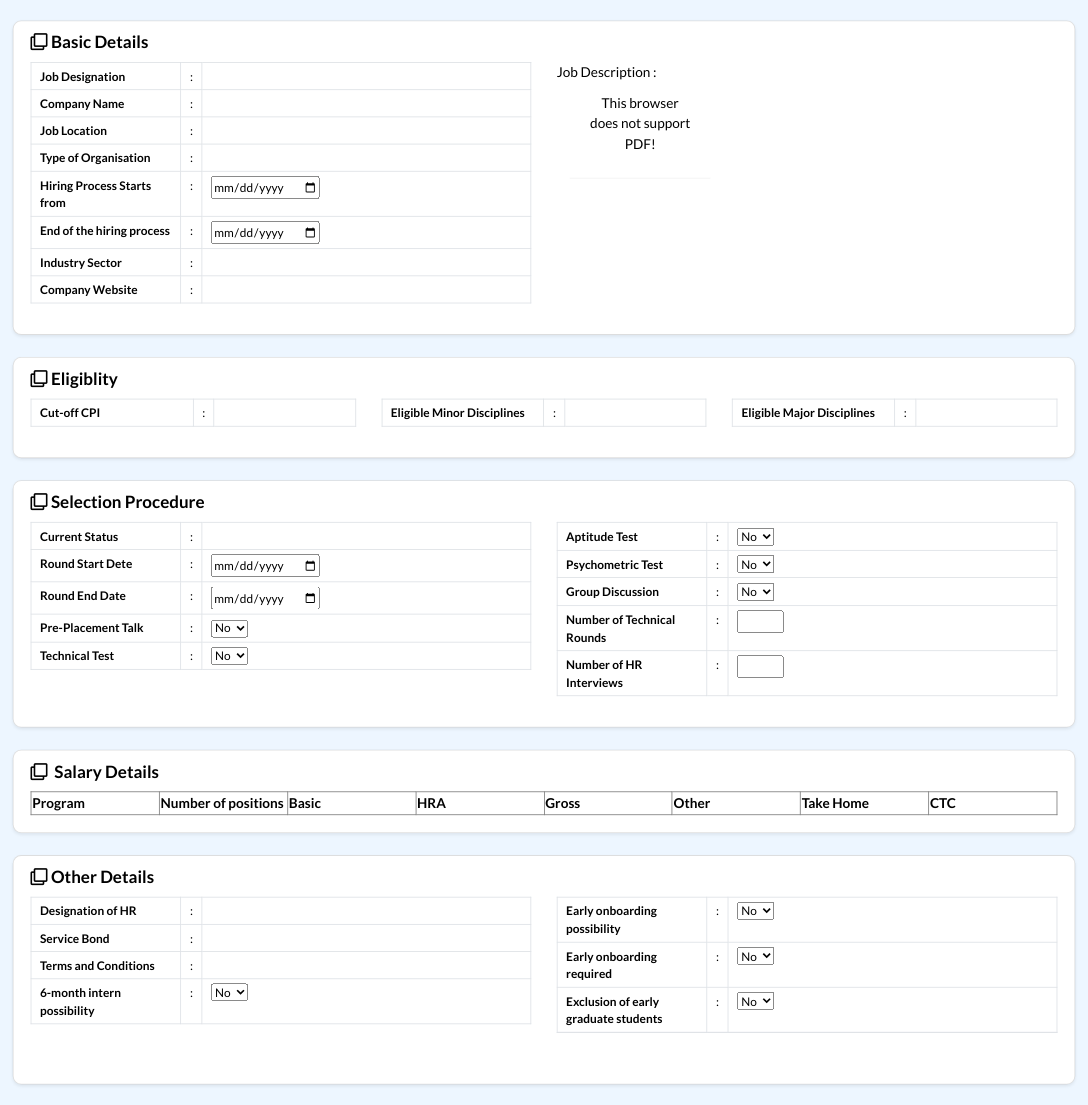
Repository: AditiDey29/Placement_Management_System
Page: templates/dashboard/one_job_details.html
An editor plug-in stored every save of this project. The page is shown before and after a run of saves, followed by the edit.
The browser window is 1280 px wide. The pictures show the whole page, at 85% of full size.
Some web libraries are served in a nearby version. The template is drawn by Flask 3. The application's start-up code is not run. Other server files are loaded and not shown. The template is opened directly, without the code that normally fills it, so the values that code supplies are empty.

Above is the page before, as saved 2023-04-15 18:03:22.

### templates/dashboard/one_job_details.html
<!DOCTYPE html>
<html lang="en">

<head>
  <meta charset="UTF-8">
  <meta name="viewport" content="width=device-width, initial-scale=1.0">
  <meta http-equiv="X-UA-Compatible" content="ie=edge">
  <!-- Google Fonts -->
  <link href="https://fonts.googleapis.com/css?family=Lato:300,400,700,900&display=swap" rel="stylesheet">
  <!-- Bootstrap CSS -->
  <link rel='stylesheet' href='https://cdnjs.cloudflare.com/ajax/libs/twitter-bootstrap/4.1.3/css/bootstrap.min.css'>
  <!-- Font Awesome CSS -->
  <link rel='stylesheet' href='https://cdnjs.cloudflare.com/ajax/libs/font-awesome/5.12.1/css/all.min.css'>
  <title>Job Details</title>

  <style>
    body {
      background: #EDF6FF;
      /* fallback for old browsers */
      background: -webkit-linear-gradient(to right, #EDF6FF, #EDF6FF);
      /* Chrome 10-25, Safari 5.1-6 */
      background: linear-gradient(to right, #EDF6FF, #EDF6FF);
      /* W3C, IE 10+/ Edge, Firefox 16+, Chrome 26+, Opera 12+, Safari 7+ */
      padding: 0;
      margin: 0;
      font-family: 'Lato', sans-serif;
      color: #000;

    }

    .student-profile .card {
      border-radius: 10px;
    }

    .student-profile .card .card-header .profile_img {
      width: 150px;
      height: 150px;
      object-fit: cover;
      margin: 10px auto;
      border: 10px solid #ccc;
      border-radius: 50%;
    }

    .student-profile .card h3 {
      font-size: 20px;
      font-weight: 700;
    }

    .student-profile .card p {
      font-size: 16px;
      color: #000;
    }

    .student-profile .table th,
    .student-profile .table td {
      font-size: 14px;
      padding: 5px 10px;
      color: #000;
    }
  </style>
</head>

<body>
  <!-- START HERE -->

  <div class="student-profile py-4">
    <div class="container-fluid">
      <div class="row">

        <div class="col-lg-12">
          <div class="card shadow-sm">
            <div class="card-header bg-transparent border-0">
              <h3 class="mb-0"><i class="far fa-clone pr-1"></i>Basic Details</h3>
            </div>
            <div class="card-body person_details pt-0">
              <div class="row">
                <div class="col-lg-6">
                  <table class="table table-bordered">
                    <tr>
                      <th width="30%">Job Designation</th>
                      <td width="2%">:</td>
                      <td class="text-muted mb-0">{{job[1]}}</td>
                    </tr>
                    <tr>
                      <th width="30%">Company Name</th>
                      <td width="2%">:</td>
                      <td class="text-muted mb-0">{{company[3]}}</td>
                    </tr>
                    <tr>
                      <th width="30%">Job Location</th>
                      <td width="2%">:</td>
                      <td class="text-muted mb-0">{{job[3]}}</td>
                    </tr>
                    <tr>
                      <th width="30%">Type of Organisation</th>
                      <td width="2%">:</td>
                      <td class="text-muted mb-0">{{company[5]}}</td>
                    </tr>
                    <tr>
                      <th width="30%">Hiring Process Starts from</th>
                      <td width="2%">:</td>
                      <td class="text-muted mb-0"><input type="date" id="intern-date" name="intern-date">
                      </td>
                    </tr>
                    <tr>
                      <th width="30%">End of the hiring process</th>
                      <td width="2%">:</td>
                      <td class="text-muted mb-0"><input type="date" id="intern-date" name="intern-date">
                      </td>
                    </tr>
                    <tr>
                      <th width="30%">Industry Sector</th>
                      <td width="2%">:</td>
                      <td class="text-muted mb-0">{{company[6]}}</td>
                    </tr>
                    <tr>
                      <th width="30%">Company Website</th>
                      <td width="2%">:</td>
                      <td class="text-muted mb-0">{{company[4]}}</td>
                    </tr>
                  </table>
                </div>
                <div class="col-lg-6">

                      <th width="30%">Job Description</th>
                      <td width="2%">:</td>
                      <td class="text-muted mb-0">
                        <div class="col-lg-4">
                          <!-- <div class="card shadow-sm"> -->
                              <div class="card-header bg-transparent text-center">
                                  <object
                                  data='data:application/pdf;base64, {{jd}}'
                                  type="application/pdf"
                                  width="300"
                                  height="300"
                                >
                                  <p>This browser does not support PDF!</p>
                                  </iframe>
                                </object>
                              </div>
                          <!-- </div> -->
                        </div>
                      </td>
                    </tr>

                  </table>
                </div>
              </div>
            </div>
          </div>

          <div style="height: 26px"></div>
          <div class="card shadow-sm">
            <div class="card-header bg-transparent border-0">
              <h3 class="mb-0"><i class="far fa-clone pr-1"></i>Eligiblity</h3>
            </div>
            <div class="card-body ed_details pt-0">
              <div class="row">
                <div class="col-lg-4">
                  <table class="table table-bordered">
                    <tr>
                      <th width="50%">Cut-off CPI</th>
                      <td width="2%">:</td>
                      <td class="text-muted mb-0">{{job[4]}}</td>
                    </tr>
                  </table>
                </div>
                <div class="col-lg-4">
                  <table class="table table-bordered">
                    <tr>
                      <th width="50%">Eligible Minor Disciplines</th>
                      <td width="2%">:</td>
                      <td class="text-muted mb-0">{{job[15]}}</td>
                    </tr>
                  </table>
                </div>
                <div class="col-lg-4">
                  <table class="table table-bordered">
                    <tr>
                      <th width="50%">Eligible Major Disciplines</th>
                      <td width="2%">:</td>
                      <td class="text-muted mb-0">{{job[17]}}</td>
                    </tr>
                  </table>
                </div>
              </div>
            </div>
          </div>

          <div style="height: 26px"></div>
          <div class="card shadow-sm">
            <div class="card-header bg-transparent border-0">
              <h3 class="mb-0"><i class="far fa-clone pr-1"></i>Selection Procedure</h3>
            </div>
            <div class="card-body person_details pt-0">
              <div class="row">
                <div class="col-lg-6">
                  <table class="table table-bordered">
                    <tr>
                      <th width="30%">Current Status</th>
                      <td width="2%">:</td>
                      <td class="text-muted mb-0">{{job[1]}}</td>
                    </tr>
                    <tr>
                      <th width="30%">Round Start Dete</th>
                      <td width="2%">:</td>
                      <td class="text-muted mb-0"><input type="date" id="intern-date" name="intern-date">
                      </td>
                    </tr>
                    <tr>
                      <th width="30%">Round End Date</th>
                      <td width="2%">:</td>
                      <td class="text-muted mb-0"><input type="date" id="intern-date" name="intern-date">
                      </td>
                    </tr>
                    <tr>
                      <th width="30%">Pre-Placement Talk</th>
                      <td width="2%">:</td>
                      <td class="text-muted mb-0"><select name="internship_possibility">
                        <option value="yes">Yes</option>
                        <option value="no" selected>No</option>
                      </select>
                    </td>
                    </tr>
                    <tr>
                      <th width="30%">Technical Test</th>
                      <td width="2%">:</td>
                      <td class="text-muted mb-0"><select name="internship_possibility">
                        <option value="yes">Yes</option>
                        <option value="no" selected>No</option>
                      </select>
                    </td>
                    </tr>
                  </table>

                </div>
                <div class="col-lg-6">
                  <table class="table table-bordered">
                    <tr>
                      <th width="30%">Aptitude Test</th>
                      <td width="2%">:</td>
                      <td class="text-muted mb-0"><select name="internship_possibility">
                        <option value="yes">Yes</option>
                        <option value="no" selected>No</option>
                      </select>
                    </td>
                    </tr>
                    <tr>
                      <th width="30%">Psychometric Test</th>
                      <td width="2%">:</td>
                      <td class="text-muted mb-0"><select name="internship_possibility">
                        <option value="yes">Yes</option>
                        <option value="no" selected>No</option>
                      </select>
                    </td>
                    </tr>
                    <tr>
                      <th width="30%">Group Discussion</th>
                      <td width="2%">:</td>
                      <td class="text-muted mb-0"><select name="internship_possibility">
                        <option value="yes">Yes</option>
                        <option value="no" selected>No</option>
                      </select>
                    </td>
                    </tr>
                    <tr>
                      <th width="30%">Number of Technical Rounds</th>
                      <td width="2%">:</td>
                      <td class="text-muted mb-0"><input type="number" name="Number" min="0" max="100" step="1" value="Number"></td>
                    </tr>
                    <tr>
                      <th width="30%">Number of HR Interviews</th>
                      <td width="2%">:</td>
                      <td class="text-muted mb-0"><input type="number" name="Number" min="0" max="100" step="1" value="Number"></td>
                    </tr>
                  </table>
                </div>
              </div>
            </div>
          </div>


          <div style="height: 26px"></div>
          <div class="card shadow-sm">
            <div class="card-header bg-transparent border-0">
              <h3 class="mb-0"><i class="far fa-clone pr-1"></i> Salary Details</h3>
            </div>
            <div class="card-body ed_details pt-0">
              <div class="row">
                <div class="col-lg-12">
                  <table border="1" width="100%" style="table-layout: fixed;">
                    <tr>
                      <th>Program</th>
                      <th>Number of positions</th>
                      <th>Basic</th>
                      <th>HRA</th>
                      <th>Gross</th>
                      <th>Other</th>
                      <th>Take Home</th>
                      <th>CTC</th>

                    </tr>
                    {% for detail in details %}
                    <tr>
                      <td>{{detail[8]}}</td>
                      <td>{{detail[1]}}</td>
                      <td>{{detail[2]}}</td>
                      <td>{{detail[3]}}</td>
                      <td>{{detail[4]}}</td>
                      <td>{{detail[5]}}</td>
                      <td>{{detail[6]}}</td>
                      <td>{{detail[7]}}</td>
                    </tr>
                    {% endfor %}
                  </table>
                </div>
              </div>
            </div>
          </div>
        </div>
      </div>

      <div style="height: 26px"></div>
      <div class="card shadow-sm">
        <div class="card-header bg-transparent border-0">
          <h3 class="mb-0"><i class="far fa-clone pr-1"></i>Other Details</h3>
        </div>
        <div class="card-body person_details pt-0">
          <div class="row">
            <div class="col-lg-6">
              <table class="table table-bordered">
                <tr>
                  <th width="30%">Designation of HR</HR>
                  </th>
                  <td width="2%">:</td>
                  <td class="text-muted mb-0">{{job[1]}}</td>
                </tr>
                <tr>
                  <th width="30%">Service Bond</th>
                  <td width="2%">:</td>
                  <td class="text-muted mb-0">{{company[3]}}</td>
                </tr>
                <tr>
                  <th width="30%">Terms and Conditions</th>
                  <td width="2%">:</td>
                  <td class="text-muted mb-0">{{company[5]}}</td>
                </tr>
                <tr>
                  <th width="30%">6-month intern possibility</th>
                  <td width="2%">:</td>
                  <td class="text-muted mb-0"><select name="internship_possibility">
                    <option value="yes">Yes</option>
                    <option value="no" selected>No</option>
                  </select>
                </td>
                </tr>

              </table>
            </div>
            <div class="col-lg-6">
              <table class="table table-bordered">
                <tr>
                  <th width="30%">Early onboarding possibility</th>
                  <td width="2%">:</td>
                  <td class="text-muted mb-0"><select name="internship_possibility">
                    <option value="yes">Yes</option>
                    <option value="no" selected>No</option>
                  </select>
                </td>
                </tr>
                <tr>
                  <th width="30%">Early onboarding required</th>
                  <td width="2%">:</td>
                  <td class="text-muted mb-0"><select name="internship_possibility">
                    <option value="yes">Yes</option>
                    <option value="no" selected>No</option>
                  </select>
                </td>
                </tr>
                <tr>
                  <th width="30%">Exclusion of early graduate students</th>
                  <td width="2%">:</td>
                  <td class="text-muted mb-0"><select name="internship_possibility">
                    <option value="yes">Yes</option>
                    <option value="no" selected>No</option>
                  </select>
                </td>
                </tr>
                <tr>
              </table>

              <br>
              {%if (apply)%}
              <form method="POST">
                  <button class="btn btn-lg" type="submit">Apply</button>
              </form>
              {% endif %}
            </div>
          </div>
        </div>
      </div>


    </div>
  </div>





  <script src="http://code.jquery.com/jquery-3.3.1.min.js"
    integrity="sha256-FgpCb/KJQlLNfOu91ta32o/NMZxltwRo8QtmkMRdAu8=" crossorigin="anonymous"></script>
  <script src="https://cdnjs.cloudflare.com/ajax/libs/popper.js/1.14.3/umd/popper.min.js"
    integrity="sha384-ZMP7rVo3mIykV+2+9J3UJ46jBk0WLaUAdn689aCwoqbBJiSnjAK/l8WvCWPIPm49"
    crossorigin="anonymous"></script>
  <script src="https://stackpath.bootstrapcdn.com/bootstrap/4.1.1/js/bootstrap.min.js"
    integrity="sha384-smHYKdLADwkXOn1EmN1qk/HfnUcbVRZyYmZ4qpPea6sjB/pTJ0euyQp0Mk8ck+5T"
    crossorigin="anonymous"></script>
</body>

</html>

After the next 2 saves:
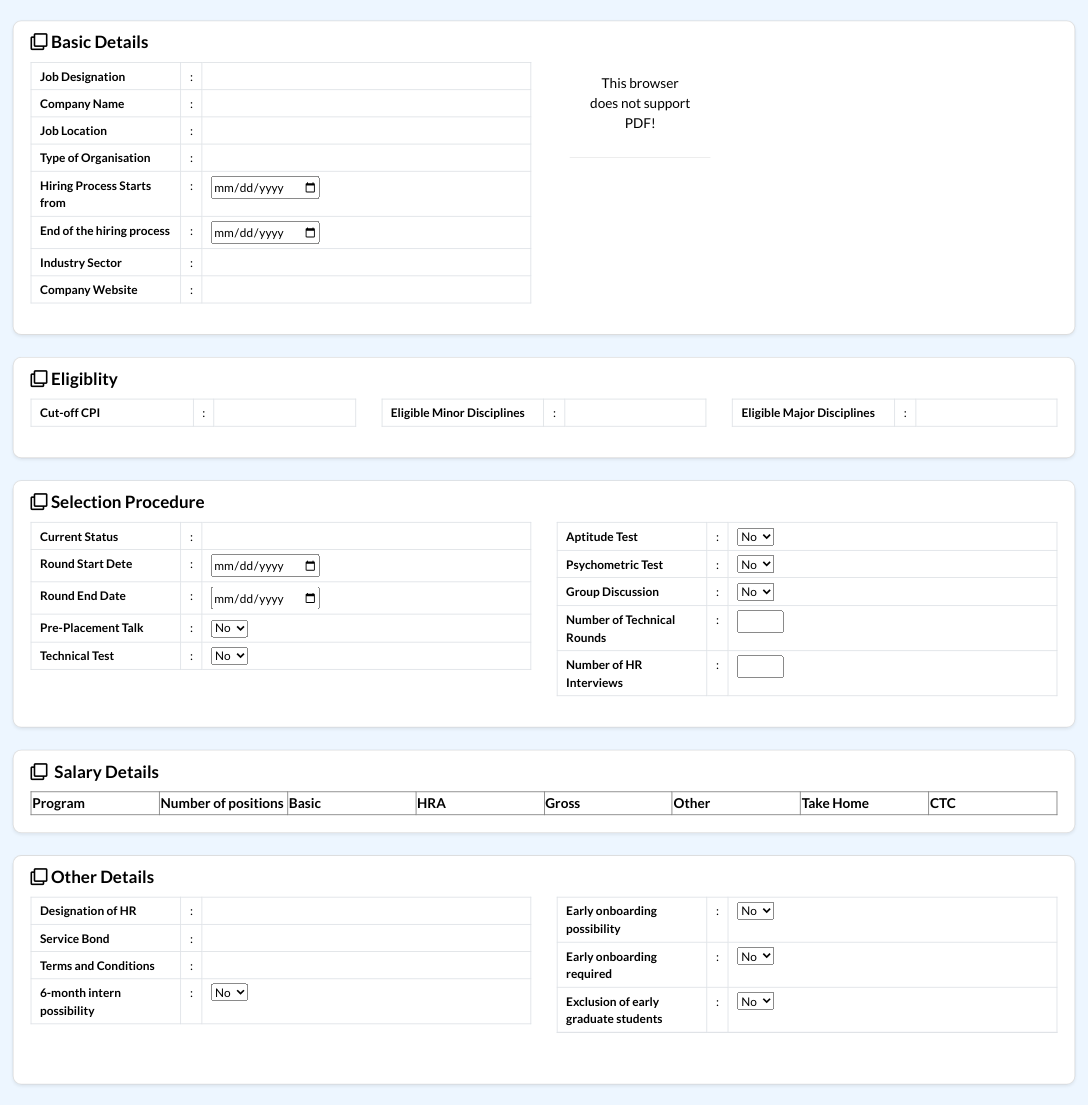
The 2 saves are shown as one change because they came seconds apart.
The last was saved 10 s later.
--- a/templates/dashboard/one_job_details.html
+++ b/templates/dashboard/one_job_details.html
@@ -122,9 +122,7 @@
                 </div>
                 <div class="col-lg-6">
 
-                      <th width="30%">Job Description</th>
-                      <td width="2%">:</td>
-                      <td class="text-muted mb-0">
+
                         <div class="col-lg-4">
                           <!-- <div class="card shadow-sm"> -->
                               <div class="card-header bg-transparent text-center">
@@ -141,9 +139,7 @@
                           <!-- </div> -->
                         </div>
                       </td>
-                    </tr>
-
-                  </table>
+
                 </div>
               </div>
             </div>
